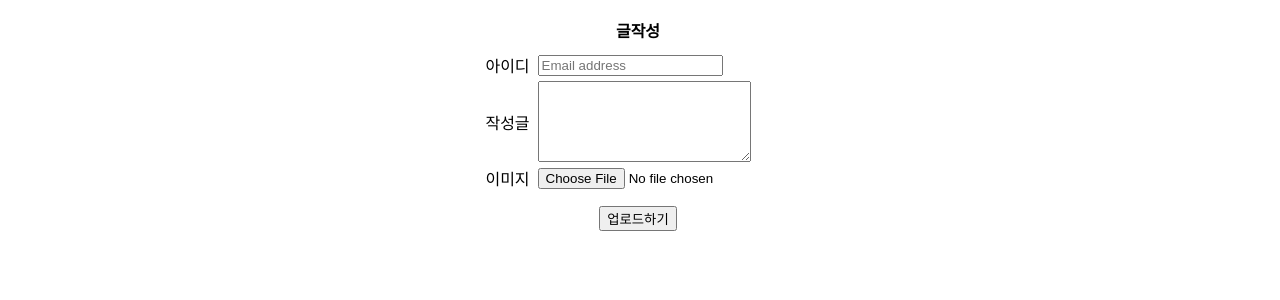
Repository: Do-yoon/JSP_source_code
Page: Hello2/src/main/webapp/feedAdd.html
These files come from the project's save history. The page is drawn as it stood at one moment and after the next save; the edit follows.
The browser window is 1280 px wide. The pictures show the whole page.

Above is the page before, as saved 2021-04-29 03:06:36.

After the next save:
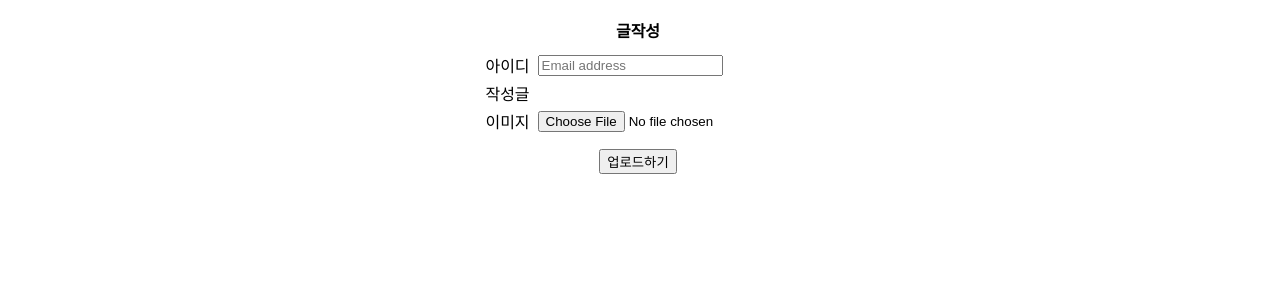
Saved 5 s later.
--- a/Hello2/src/main/webapp/feedAdd.html
+++ b/Hello2/src/main/webapp/feedAdd.html
@@ -12,7 +12,6 @@
 </tr>
 <tr>
     <td align=right>작성글&nbsp;</td>
-    <td><textarea name="content" rows=5 cols=24></textarea></td>
 </tr>
 <tr>
     <td align=right>이미지&nbsp;</td>

After the save that followed:
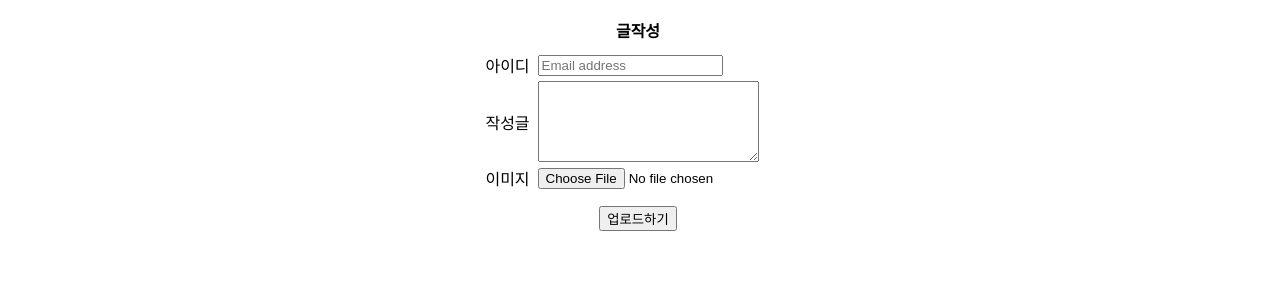
Saved 4 min 19 s later.
--- a/Hello2/src/main/webapp/feedAdd.html
+++ b/Hello2/src/main/webapp/feedAdd.html
@@ -12,6 +12,7 @@
 </tr>
 <tr>
     <td align=right>작성글&nbsp;</td>
+    <td><textarea name="content" rows=5 cols=25></textarea></td>
 </tr>
 <tr>
     <td align=right>이미지&nbsp;</td>
